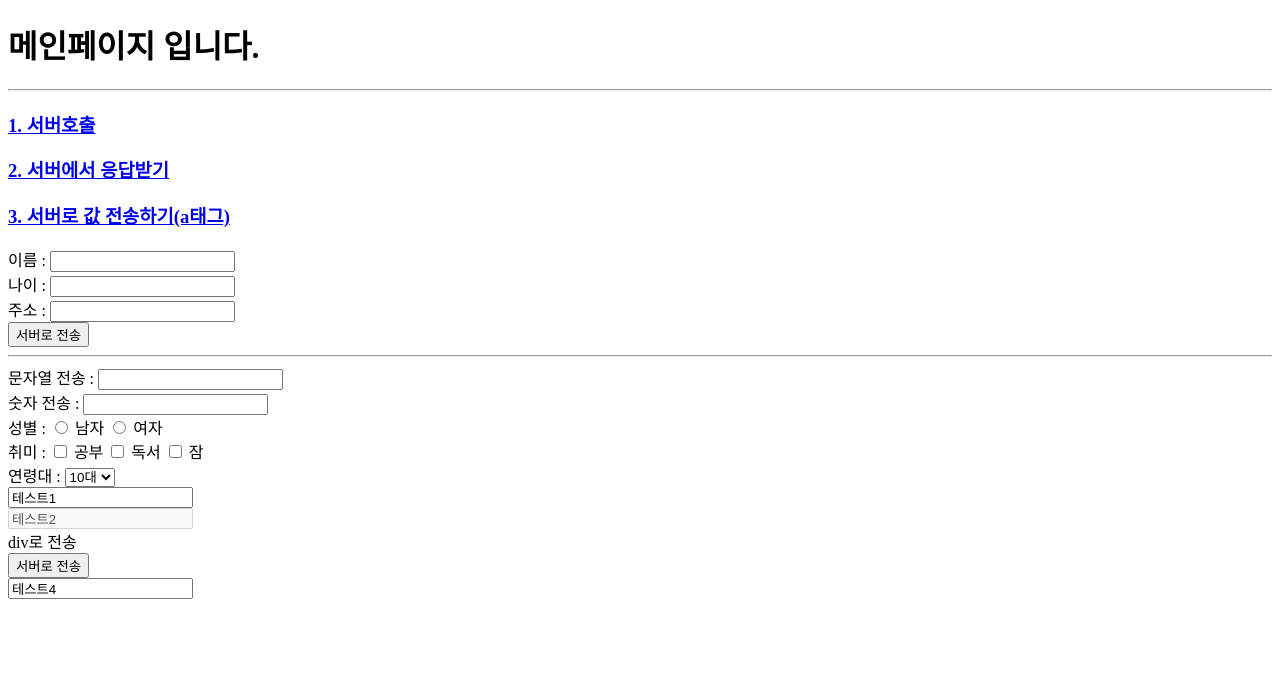
Repository: JWbase/Web_JAVA
Page: web-workspace/02_noDbProject/src/main/webapp/index.html
These files come from the project's save history. The page is drawn as it stood at one moment and after the next save; the edit follows.
The browser window is 1280 px wide. The pictures show the whole page.

Above is the page before, as saved 2022-08-29 08:13:26.

### web-workspace/02_noDbProject/src/main/webapp/index.html
<!DOCTYPE html>
<html>
<head>
<meta charset="UTF-8">
<title>Insert title here</title>
</head>
<body>
	<h1>메인페이지 입니다.</h1>
	<hr>
	<h3>
		<a href="/requestServer.do">1. 서버호출</a>
	</h3>
	<h3>
		<a href="/responseTest.do">2. 서버에서 응답받기</a>
	</h3>
	<h3>
		<a href="/sendData1.do?name=이정우&test=abc">3. 서버로 값 전송하기(a태그)</a>
	</h3>
	<form action="/sendData2.do" method="post">
		이름 : <input type="text" name="name"><br> 나이 : <input
			type="text" name="age"><br> 주소 : <input type="text"
			name="addr"><br> <input type="submit" value="서버로 전송">
	</form>
	<hr>
	<form action="/sendData3.do" method="post">
		문자열 전송 : <input type="text" name="str"><br> 숫자 전송 : <input
			type="text" name="num"><br> 성별 : <input type="radio"
			name="gender" value="남" id="m"> <label for="m">남자</label> <input
			type="radio" name="gender" value="여" id="f"> <label for="f">여자</label>
		<br> 취미 : <input type="checkbox" name="hobby" value="공부"
			id="study"> <label for="study">공부</label> <input
			type="checkbox" name="hobby" value="독서" id="book"> <label
			for="book">독서</label> <input type="checkbox" name="hobby" value="잠"
			id="sleep"> <label for="sleep">잠</label> <br> 연령대 : <select
			name="age">
			<option value="10">10대</option>
			<option value="20">20대</option>
			<option value="30">30대</option>
			<option value="40">40대</option>
		</select> <br>
		<input type="hidden" name="hiddenData" value="히든데이터">
		<input type="text" name="input1" value="테스트1" readonly><br>
		<input type="text" name="input2" value="테스트2" disabled><br>
		<div name="test3" value="테스트3">div로 전송</div>
		<input type="submit" value="서버로 전송">
	</form>
	<input type="text" name="input3" value="테스트4">
</body>
</html>

After the next save:
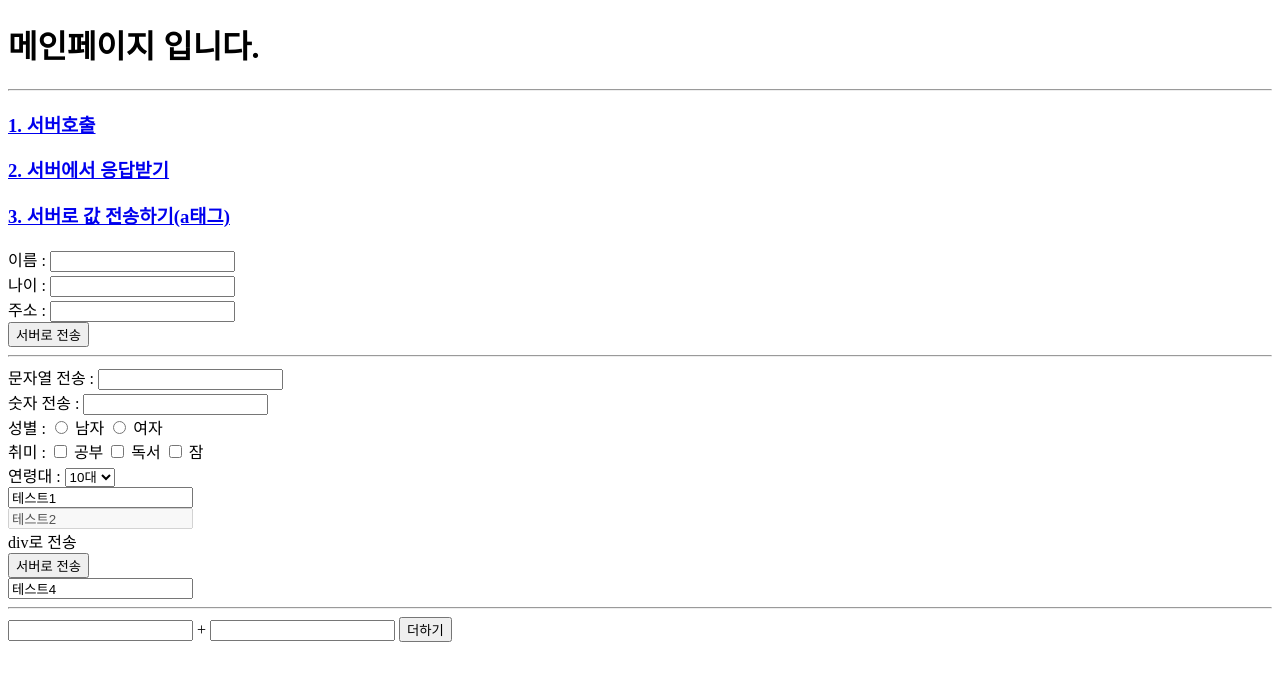
Saved 21 min 16 s later.
--- a/web-workspace/02_noDbProject/src/main/webapp/index.html
+++ b/web-workspace/02_noDbProject/src/main/webapp/index.html
@@ -45,5 +45,12 @@
 		<input type="submit" value="서버로 전송">
 	</form>
 	<input type="text" name="input3" value="테스트4">
+	<hr>
+	<form action="/plus.do" method="get">
+		<input type="text" name="num1">
+		+
+		<input type="text" name="num2">
+		<input type="submit" value="더하기">
+	</form>
 </body>
 </html>
